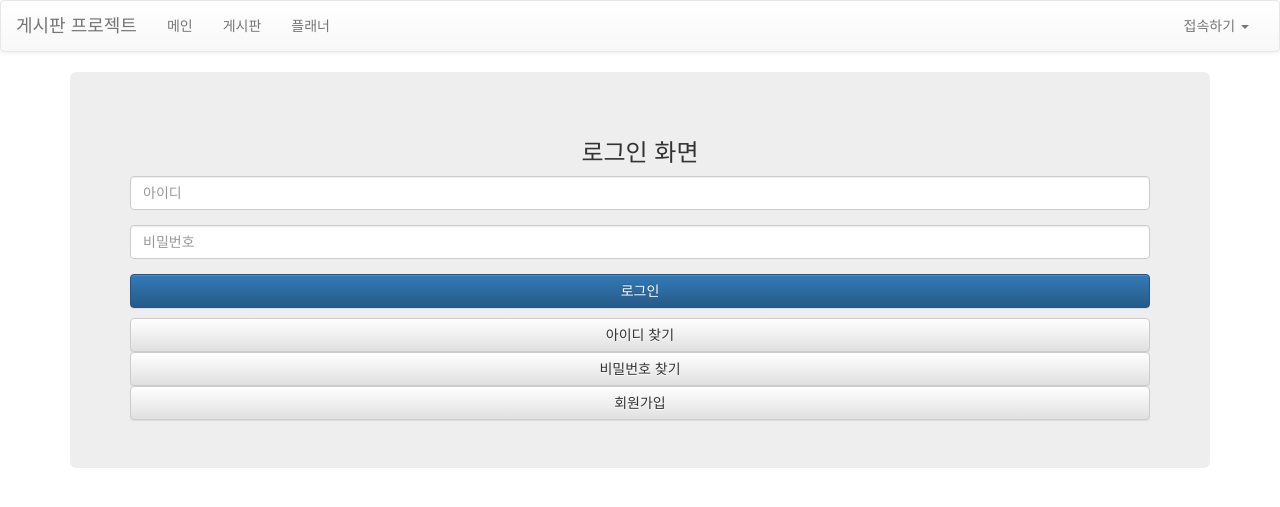
Repository: Seok7975/Project_PlannerSharingBoard
Page: http://localhost/ToDoList공유_게시판_ver3/id/login.jsp
The author's editor kept a copy of each file at every save. The page is drawn from the files as they stood at one save, then again after the next save.
The browser window is 1280 px wide. The pictures show the whole page.
Some web libraries are served in a nearby version. The page is served by Tomcat 9.

Above is the page before, as saved 2024-07-05 06:04:11.

After the next save:
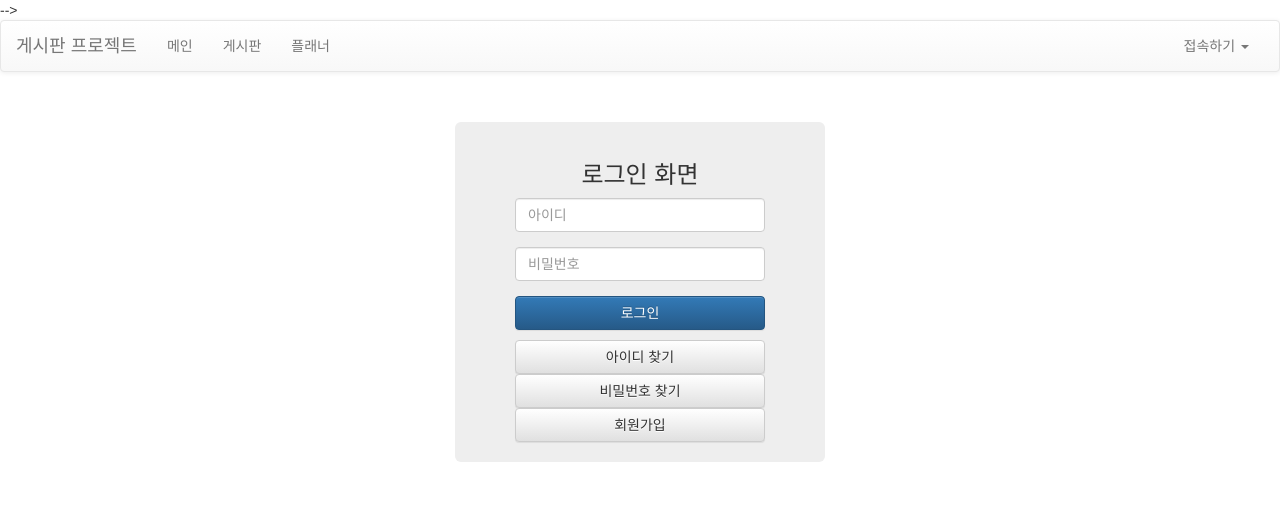
Saved 32 s later.
--- a/List_Projects_ver3/ToDoList공유 게시판_ver3/src/main/webapp/id/login.jsp
+++ b/List_Projects_ver3/ToDoList공유 게시판_ver3/src/main/webapp/id/login.jsp
@@ -233,13 +233,13 @@
 <script src="https://cdn.jsdelivr.net/npm/bootstrap@3.3.7/dist/js/bootstrap.min.js" integrity="sha384-Tc5IQib027qvyjSMfHjOMaLkfuWVxZxUPnCJA7l2mCWNIpG9mGCD8wGNIcPD7Txa" crossorigin="anonymous"></script>
 <!-- <link rel="stylesheet" href="css/jumbotronCustom.css"> -->
 <title>JSP 게시판 웹 사이트</title>
-<!-- <style>
+<style>
     .login-container {
         max-width: 400px;
         margin: 50px auto;
     }
 
-    .jumbotron {
+<!--     .jumbotron {
         padding: 20px;
         text-align: center;
     }
